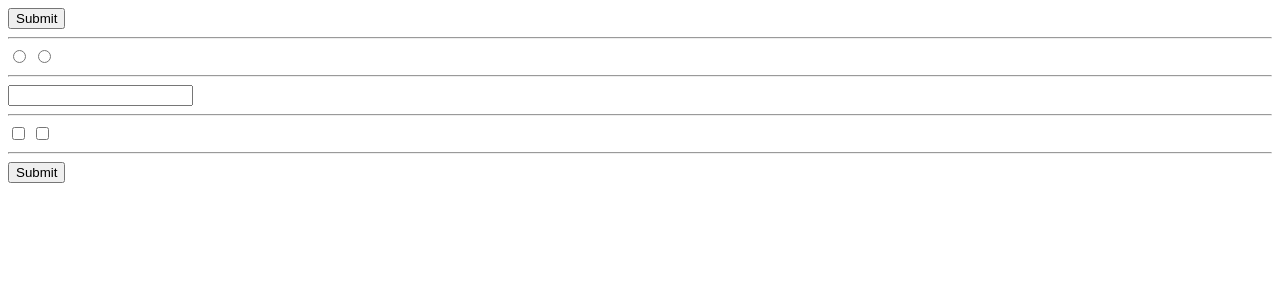
Repository: Lixianlai-2/html-demo-1
Page: input.html
These files come from the project's save history. The page is drawn as it stood at one moment and after the next save; the edit follows.
The browser window is 1280 px wide. The pictures show the whole page.

Above is the page before, as saved 2021-11-27 22:57:50.

### input.html
<!DOCTYPE html>
<html lang="en">
  <head>
    <meta charset="UTF-8" />
    <meta http-equiv="X-UA-Compatible" content="IE=edge" />
    <meta name="viewport" content="width=device-width, initial-scale=1.0" />
    <title>Document</title>
  </head>
  <body>
    <form action="">
      <input type="submit" />
      <hr />
      <input type="radio" value="美女" name="选择" />
      <input type="radio" value="美食" name="选择" />
      <hr />
      <input type="text" required />
      <hr />
      <input type="checkbox" name="cb" />

      <input type="checkbox" name="cb" />
      <hr />
      <input type="submit" />
    </form>
  </body>
</html>

After the next save:
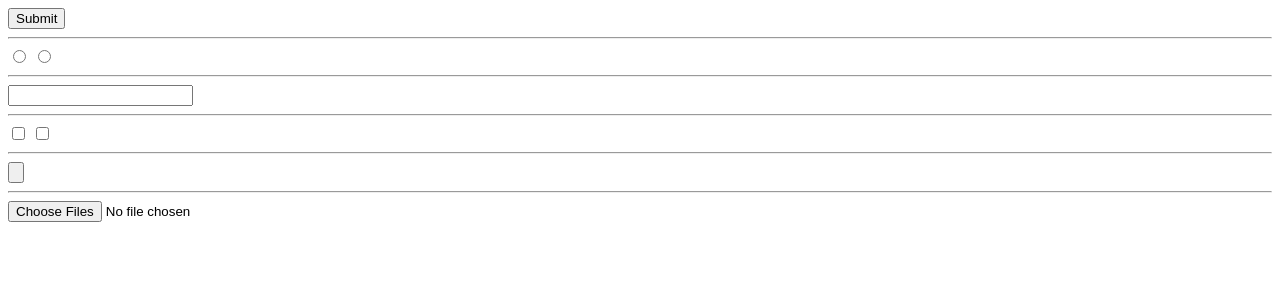
Saved 38 s later.
--- a/input.html
+++ b/input.html
@@ -16,10 +16,11 @@
       <input type="text" required />
       <hr />
       <input type="checkbox" name="cb" />
-
       <input type="checkbox" name="cb" />
       <hr />
-      <input type="submit" />
+      <input type="button" />
+      <hr />
+      <input type="file" multiple name="" id="" />
     </form>
   </body>
 </html>
